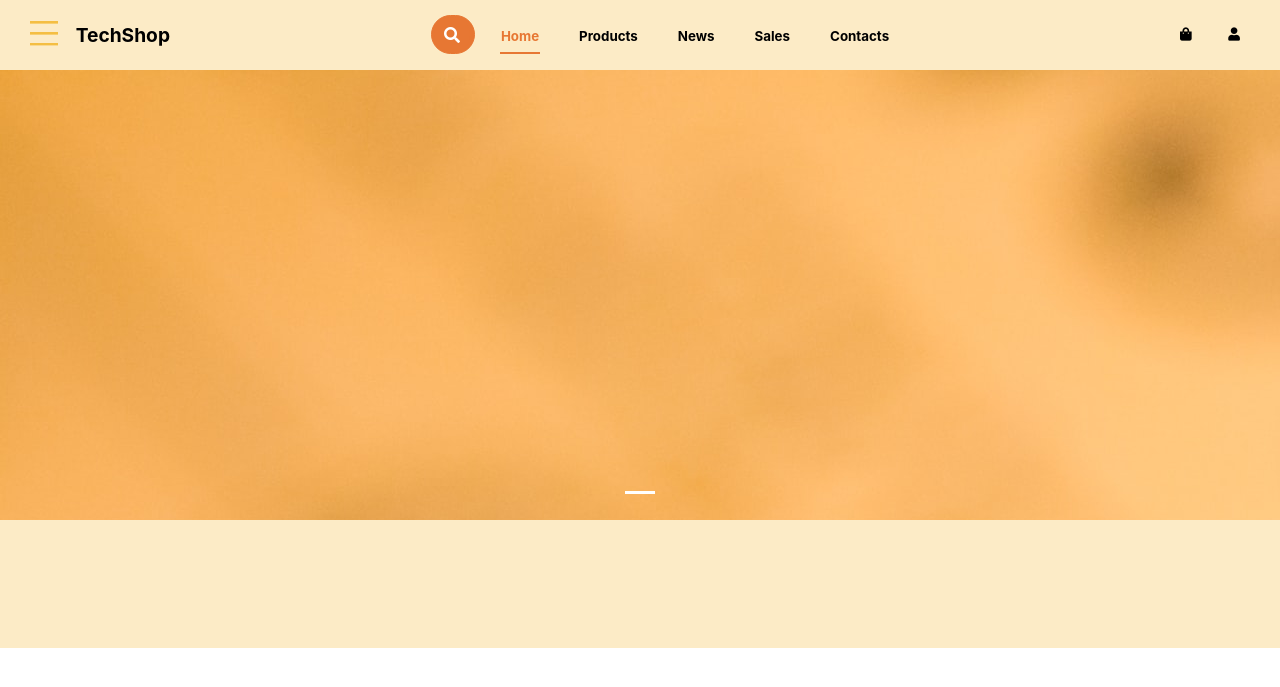
Repository: dinhngocup/TechShop
Page: /home
The author's editor kept a copy of each file at every save. The page is drawn from the files as they stood at one save, then again after the next save.
The browser window is 1280 px wide. The pictures show the whole page.
Some web libraries are served in a nearby version. The project was rebuilt for these pictures with package versions that can differ from the ones it lists, and the page was loaded fresh each time. Also part of the build but not shown: src/App.css, src/components/news.jsx.

Above is the page before, as saved 2021-03-17 22:48:11.

### public/index.html
<!doctype html>
<html lang="en">
  <head>
    <title>Title</title>
    <!-- Required meta tags -->
    <meta charset="utf-8">
    <meta name="viewport" content="width=device-width, initial-scale=1, shrink-to-fit=no">

    <!-- Bootstrap CSS -->
    <link rel="stylesheet" href="https://stackpath.bootstrapcdn.com/bootstrap/4.3.1/css/bootstrap.min.css" integrity="sha384-ggOyR0iXCbMQv3Xipma34MD+dH/1fQ784/j6cY/iJTQUOhcWr7x9JvoRxT2MZw1T" crossorigin="anonymous">

    <!-- Font awesome-->
    <link rel="stylesheet" href="https://maxcdn.bootstrapcdn.com/font-awesome/4.7.0/css/font-awesome.min.css">
    <link rel="stylesheet" href="https://cdnjs.cloudflare.com/ajax/libs/font-awesome/5.13.0/css/all.min.css">
  </head>
  <body>
    <div id="root"></div>
    <!-- Optional JavaScript -->
    <!-- jQuery first, then Popper.js, then Bootstrap JS -->
    <script src="https://code.jquery.com/jquery-3.3.1.slim.min.js" integrity="sha384-q8i/X+965DzO0rT7abK41JStQIAqVgRVzpbzo5smXKp4YfRvH+8abtTE1Pi6jizo" crossorigin="anonymous"></script>
    <script src="https://cdnjs.cloudflare.com/ajax/libs/popper.js/1.14.7/umd/popper.min.js" integrity="sha384-UO2eT0CpHqdSJQ6hJty5KVphtPhzWj9WO1clHTMGa3JDZwrnQq4sF86dIHNDz0W1" crossorigin="anonymous"></script>
    <script src="https://stackpath.bootstrapcdn.com/bootstrap/4.3.1/js/bootstrap.min.js" integrity="sha384-JjSmVgyd0p3pXB1rRibZUAYoIIy6OrQ6VrjIEaFf/nJGzIxFDsf4x0xIM+B07jRM" crossorigin="anonymous"></script>
  </body>
</html>

### src/App.js
import Header from "./components/Header/header";
import "./App.css";
import News from './components/news'
import Home from './components/Home/home'
import {
  BrowserRouter as Router,
  Switch,
  Route,
} from "react-router-dom";
function App() {
  return (
    <Router>
      <Header />
      <Switch>
        <Route path="/home" component={Home}/>
        <Route path="/shopping-cart" />
        <Route path="/user-info" />
        <Route path="/products" />
        <Route path="/news" component={News}/>
        <Route path="/sales" />
        <Route path="/contacts" />
      </Switch>
    </Router>
  );
}

export default App;

### src/components/Header/header.jsx
import React from 'react';
import './_header.scss'
import Menu from './Menu/menu'
import Nav from './Nav/nav'
import Info from './Info/info'

function Header() {
    return (
        <div className='header d-flex'>
            <Menu />
            <Nav />
            <Info />
        </div>
    );
}

export default Header;

### src/components/Home/home.jsx
import React from 'react'
import Banner from './Banner/banner'
import './_home.scss'
function Home() {
    return (
        <div className="body-content">
            <Banner />

        </div>
    )
}



export default Home

### src/components/Header/_header.scss
.header {
   height: 70px;
   background-color: rgb(252,235,198);
   flex-direction: row;
   align-items: center;
   justify-content: space-between;
   padding: 0px 30px;
   width: 100%;
   position: fixed;
}

### src/components/Header/Menu/menu.jsx
import React, { useState, useEffect } from "react";
import "./_menu.scss";
import { Link } from "react-router-dom";
import MenuItem from "./menu-item";

function Menu() {
  const [isHiddingMenu, setIsHiddingMenu] = useState(false);
  const [nav, setNav] = useState("");
  const [li, setLi] = useState("");

  //const [menuItems, setMenuItems] = useState("");

  const placeLiElement = (li, nav) => {
    let boundary_y = li[0].getBoundingClientRect().top;
    li.forEach((el, i) => {
      let top =
        el.getBoundingClientRect().top +
        el.getAttribute("data-group") * -11 -
        boundary_y;
      el.style.setProperty("--top", top);
      el.style.setProperty("--delay-close", `${i * 0.1}s`);
      el.style.setProperty("--delay-open", `${(li.length - i) * 0.1}s`);
    });
    nav.classList.toggle("nav-closed");

  }


  //get nav & li position
  useEffect(() => {
    let navElement = document.getElementById("hidden-menu");
    let liElement = navElement.querySelectorAll("li");
    let group_size = Math.ceil(liElement.length / 3);
    let group_index = 0;
    setNav(navElement);
    setLi(liElement);
    liElement.forEach((e, i) => {
      e.setAttribute("data-group", group_index);
      group_index =
        i % group_size === group_size - 1 ? group_index + 1 : group_index;
    });

    setIsHiddingMenu(true);
    placeLiElement(liElement, navElement);
    //console.log('1', isHiddingMenu);

  }, []);

  const showMenu = (isHiddingMenu) => {
    const menuItemsFromDB = [
      {
        label: "Home",
        to: "/home",
        activeOnlyWhenExact: false,
      },
      {
        label: "Contacts",
        to: "/contacts",
        activeOnlyWhenExact: false,
      },
      {
        label: "News",
        to: "/news",
        activeOnlyWhenExact: false,
      },
      {
        label: "Products",
        to: "/products",
        activeOnlyWhenExact: false,
      },
      {
        label: "Sales",
        to: "/sales",
        activeOnlyWhenExact: false,
      },
    ];

    let res = null;
    if (menuItemsFromDB.length > 0)
      res = menuItemsFromDB.map((item, index) => {
        let data = {
          label: item.label,
          to: item.to,
          activeOnlyWhenExact: item.activeOnlyWhenExact,
        };

        return (
          <li key={index}>
            <MenuItem data={data}
            isHiddingMenu={isHiddingMenu}
            handleHideMenu={HandleHiddenMenu}/>
          </li>
        );
      });
    return res;
  };

  const HandleHiddenMenu = (e) => {
    setIsHiddingMenu(!isHiddingMenu);
    //console.log('2', isHiddingMenu);



    // if declare e.preventDef and e.stopPropa, direct to new page is prevented
    //e.preventDefault();

    placeLiElement(li, nav);

    //e.stopPropagation();
  };
  return (

    <div className="fluid-container menu">
      <div className="row">
        <div className="col hidden-menu-container">
          <ul className="hidden-menu" id="hidden-menu">
            {showMenu(isHiddingMenu)}

            <button className="nav-toggle" onClick={HandleHiddenMenu}>
              X
            </button>
          </ul>
        </div>
        <div className="col">
          <Link className="shop-name" to="/home">
            TechShop
          </Link>
        </div>
      </div>
    </div>
  );
}

export default Menu;

### src/components/Header/Nav/nav.jsx
import React from "react";
import './_nav.scss'
import {
  NavLink,
} from "react-router-dom";
import Search from './search'
function Nav(props) {
    return (

        <div className='nav-bar d-flex'>
            <Search />
            <nav className='nav'>
                <ul>
                    <li>
                        <NavLink
                            activeClassName='active'
                            to="/home"
                            exact>
                            Home
                        </NavLink>
                    </li>
                    <li>
                        <NavLink
                            activeClassName='active'
                            to="/products">
                            Products
                        </NavLink>
                    </li>
                    <li>
                        <NavLink
                            activeClassName='active'
                            to="/news">
                            News
                        </NavLink>
                    </li>
                    <li>
                        <NavLink
                            activeClassName='active'
                            to="/sales">
                            Sales
                        </NavLink>
                    </li>
                    <li>
                        <NavLink
                            activeClassName='active'
                            to="/contacts">
                            Contacts
                        </NavLink>
                    </li>
                </ul>
            </nav>


        </div>
    );
}

export default Nav;

### src/components/Header/Info/info.jsx
import React from "react";
import "./_info.scss";
import {
  NavLink,
} from "react-router-dom";

function Info() {
    return (
        <div className="info-group d-flex">
            <NavLink
                activeClassName='active'
                to="/shopping-cart">
                <i className="fa fa-shopping-bag"></i>
            </NavLink>
            <NavLink
                activeClassName='active'
                to="/user-info">
                <i className="fa fa-user"></i>
            </NavLink>
        </div>
    );
}

export default Info;

### src/components/Home/Banner/banner.jsx
import React, { useState, useEffect } from "react";
import "./_banner.scss";
import image from '../../../assets/images/pic1.jpg'

function Banner() {
  const [bannerImages, setBannerImages] = useState("");

  //get banner images from DB
  useEffect(() => {
    // call api

    // temp data
    let images = [
      {
        src: "../../../assets/images/pic1.jpg",
        alt: "Apple Watch",
        status: "active",
      },
      {
        src: "../../../assets/images/pic2.jpg",
        alt: "Apple Watch",
        status: "inactive",
      },
      {
        src: "../../../assets/images/pic3.jpg",
        alt: "Apple Watch",
        status: "inactive",
      },
    ];
  }, []);

  return (
    <div id="demo" className="banner carousel slide" data-ride="carousel">
      <ul className="carousel-indicators">
        <li data-target="#demo" data-slide-to="0" className="active"></li>
      </ul>
      <div className="carousel-inner">
        <div className="carousel-item active">
          <img src={image} alt="Los Angeles" />
        </div>

      </div>
    </div>
  );
}

export default Banner;

### src/components/Home/_home.scss
.body-content {
    //overflow: hidden;
    padding-top: 70px;
    width: 100%;
    background-color: rgb(252,235,198);
    height: 90vh;
}

### src/components/Header/Menu/_menu.scss
@import '../Shared.scss';
.menu {
    width: 140px;
    .shop-name {
        font-weight: bold;
        font-size: larger;
        color: black;
        text-decoration: none;
    }

    .hidden-menu-container {
        display: relative;
        z-index: 999;
        .hidden-menu {
            display: inline-block;
            list-style-type: none;

            position: absolute;
            top:0;
            list-style-type: none;
            padding: 0;
            margin: 0;
            width: 200px;
            li {
                overflow: visible;
                height: 60px;
                width: 100%;
                background-color: rgb(244, 190, 67);

                transform-origin: 0 0;
                transition: transform 0.6s ease;
                transition-delay: var(--delay-open);
                padding: 20px 40px;
                align-items: center;
                a {
                    text-align: center;
                    color: rgba(255, 255, 255, 0.6);
                    font-size: 16px;
                    &:hover {
                        text-decoration: none;
                        color: white !important;
                        box-shadow: 10px 0px 40px -5px #fff;
                    }
                    &.active {
                        color: white;
                        font-weight: 700;
                    }

                }
            }
            .nav-toggle {
                position: absolute;
                top: 0;
                width: 50px;
                height: 50px;
                /* opacity: 0; */
                cursor: pointer;
                transform-origin: 0 0;
                outline: none;
                margin-left: 10px;
                right: 0;
                transition: right 1s ease, opacity 1s ease;
                opacity: 1;
                background-color: rgb(244, 190, 67);
                border: none;
                color:rgba(255, 255, 255, 0.6);
            }

            .nav-toggle:hover {
                border-radius: 50%;
                background-color: rgba(244, 190, 67, 0.1);
                color: white

            }
        }

        .nav-closed a {
            color: rgb(244, 190, 67);
        }

        .nav-closed li {
            transform: translateY(calc(var(--top) * -1px)) scaleY(0.04) scaleX(0.14);
            transition-delay: var(--delay-close);
            color: rgb(244, 190, 67);
        }

        .nav-closed .nav-toggle {
            right: calc(100% - 50px);
            opacity: 0;
        }
    }
}

### src/components/Header/Menu/menu-item.jsx
import React from 'react'
import PropTypes from 'prop-types'
import { Route, NavLink } from "react-router-dom";

MenuItem.propTypes = {
    data: PropTypes.object.isRequired,
    isHiddingMenu: PropTypes.bool.isRequired,
    handleHideMenu: PropTypes.func,
}

function MenuItem(props) {
    const {data, isHiddingMenu, handleHideMenu} = props;
    //console.log('3',isHiddingMenu)


    return (
        <Route
          path={data.to}
          exact={data.activeOnlyWhenExact}
          children={() => {
            if (isHiddingMenu) return <span>{data.label}</span>;
            return (
              <NavLink
                activeClassName="active"
                to={data.to}
                exact={data.activeOnlyWhenExact}
                onClick={handleHideMenu}
              >
                {data.label}
              </NavLink>
            );
          }}
        />
      );
}


export default MenuItem

### src/components/Header/Nav/_nav.scss
.nav-bar {
    align-items: center;
    .nav {
        ul {
            padding: 0;
            margin: 0;
            li {
                display: inline;
                padding: 20px;
                font-size: smaller;
                font-weight: bold;
                position: relative;
                a {
                    color: black;
                    transition: 0.8s;
                    &:after {
                        transition: 0.8s;
                        position: absolute;
                        content: "";
                        background-color: #E77733;

                        height: 2px;
                        width: 0%;

                        bottom: 10px;
                        left:0;
                        right: 0;

                        margin: 0 auto;
                    }
                    &:hover {
                        text-decoration: none;
                        color: #E77733;
                        &:after {
                            width: 50%;
                        }
                    }
                }
                .active {
                    color: #E77733;
                    &:after {
                        position: absolute;
                        content: "";
                        background-color: #E77733;

                        height: 2px;
                        width: 50%;

                        bottom: 10px;
                        left:0;
                        right: 0;

                        margin: 0 auto;
                    }
                }


            }
        }

    }
}

### src/components/Header/Nav/search.jsx
import React from 'react'
import './_search.scss'


function Search(props) {
    return (
        <form  className='search-form'>
            <input type="search" />
            <i className="fa fa-search"></i>
        </form>
    )
}



export default Search

### src/components/Header/Info/_info.scss

@import '../Shared.scss';

.info-group {
    font-size: smaller;
    justify-content: space-between;
    align-items: center;
    width: 80px;
    a {
        color: black;
        i {
            padding: 10px;
            border-radius: 50%;
            &:hover {
                box-shadow: 10px 0px 40px -5px #E77733, inset 0px 0px 40px 0px white;
            }
        }
        &.active {
            i {
                @include inset-shadow-active;
            }
        }

    }
}

### src/components/Home/Banner/_banner.scss
.banner {
    width: 100%;
    height: 450px;
    background-color: deeppink;
    border-radius: 0 0 10px 10px;
    display: flex;
    .carousel-item {
        height: 100%;
        img {
            height: 1005;
            background-size: cover;
        }
    }
}

### src/components/Header/Shared.scss
@mixin inset-shadow {
    padding: 10px;
    border-radius: 50%;
    box-shadow: inset 0px 0px 10px 0px white;
    &:hover {
        box-shadow: 10px 0px 40px -5px #E77733, inset 0px 0px 40px 0px white;
    }

}

@mixin inset-shadow-active {
    transition: 0.8s;
    box-shadow: 0 0 0px 2px #E77733, inset 0px 0px 40px 0px white;


}

### src/components/Header/Nav/_search.scss
.search-form {
    z-index: 999;
    display: inline;
    position: relative;

    width: 50px;
    height: 40px;

    input {
        padding-left: 40px;
        position: absolute;
        top: 0;
        left: 0;
        width: 40px;

        line-height: 35px;

        //     font-size: 1em;
        border-radius: 25px;
        border: solid 1px #E77733;
        transition: 0.8s;
        background-color: #E77733;
        pointer-events: none;
        &:focus {
            outline: none;
        }
    }
    &:hover {
        i {
            color: #E77733;
            background-color: white;
        }
        input {
            pointer-events: visible;
            width: 470px;
            background-color: white;
        }
    }
    i {
        box-sizing: border-box;

        position: absolute;
        top: 2px;
        left: 3px;
        border-radius: 50%;
        padding: 10px;
        background-color: #E77733;
        color: white
    }
}

// form:hover{
//     width: 200px;
//     cursor: pointer;
// }

// form:hover input{
//     display: block;
// }

// form:hover .fa{
//     background: #07051a;
//     color: white;
// }

Loaded but not shown: src/index.js (common file); src/index.css (common file); src/reportWebVitals.js (common file)

After the next save:
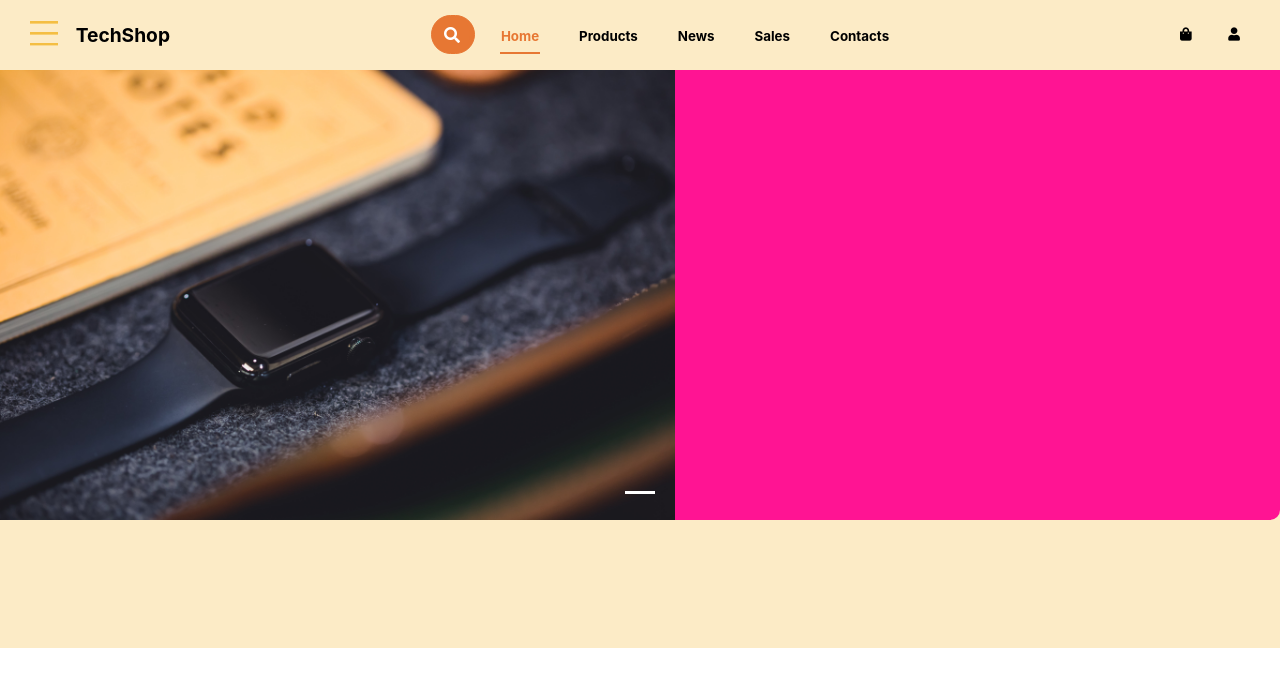
Saved 4 s later.
--- a/src/components/Home/Banner/_banner.scss
+++ b/src/components/Home/Banner/_banner.scss
@@ -7,7 +7,7 @@
     .carousel-item {
         height: 100%;
         img {
-            height: 1005;
+            height: 100%;
             background-size: cover;
         }
     }
